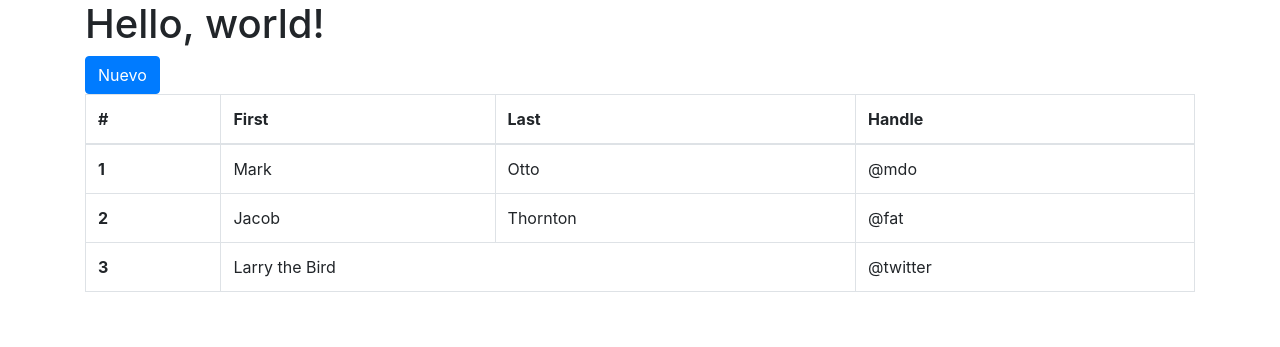
Repository: elrodriguez/uploadfile
Page: http://localhost/thesis
These files come from the project's save history. The page is drawn as it stood at one moment and after the next save; the edit follows.
The browser window is 1280 px wide. The pictures show the whole page.
The page is served by the project's Laravel application, run on PHP 8.4 with Laravel 8. Other server files are loaded and not shown.

Above is the page before, as saved 2021-01-27 08:58:51.

### routes/web.php
<?php

use Illuminate\Support\Facades\Route;

/*
|--------------------------------------------------------------------------
| Web Routes
|--------------------------------------------------------------------------
|
| Here is where you can register web routes for your application. These
| routes are loaded by the RouteServiceProvider within a group which
| contains the "web" middleware group. Now create something great!
|
*/

Route::get('/', function () {
    return view('welcome');
});
Route::get('/thesis', function () {
    return view('thesis');
});

### resources/views/thesis.blade.php
<!doctype html>
<html lang="en">
  <head>
    <!-- Required meta tags -->
    <meta charset="utf-8">
    <meta name="viewport" content="width=device-width, initial-scale=1, shrink-to-fit=no">

    <!-- Bootstrap CSS -->
    <link rel="stylesheet" href="https://cdn.jsdelivr.net/npm/bootstrap@4.5.3/dist/css/bootstrap.min.css" integrity="sha384-TX8t27EcRE3e/ihU7zmQxVncDAy5uIKz4rEkgIXeMed4M0jlfIDPvg6uqKI2xXr2" crossorigin="anonymous">

    <title>Hello, world!</title>
  </head>
  <body>
      <div class="container">
    <h1>Hello, world!</h1>
    <button class="btn btn-primary">Nuevo</button>
    <table class="table table-bordered">
        <thead>
          <tr>
            <th scope="col">#</th>
            <th scope="col">First</th>
            <th scope="col">Last</th>
            <th scope="col">Handle</th>
          </tr>
        </thead>
        <tbody>
          <tr>
            <th scope="row">1</th>
            <td>Mark</td>
            <td>Otto</td>
            <td>@mdo</td>
          </tr>
          <tr>
            <th scope="row">2</th>
            <td>Jacob</td>
            <td>Thornton</td>
            <td>@fat</td>
          </tr>
          <tr>
            <th scope="row">3</th>
            <td colspan="2">Larry the Bird</td>
            <td>@twitter</td>
          </tr>
        </tbody>
      </table>
    </div>
    <!-- Optional JavaScript; choose one of the two! -->

    <!-- Option 1: jQuery and Bootstrap Bundle (includes Popper) -->
    <script src="https://code.jquery.com/jquery-3.5.1.slim.min.js" integrity="sha384-DfXdz2htPH0lsSSs5nCTpuj/zy4C+OGpamoFVy38MVBnE+IbbVYUew+OrCXaRkfj" crossorigin="anonymous"></script>
    <script src="https://cdn.jsdelivr.net/npm/bootstrap@4.5.3/dist/js/bootstrap.bundle.min.js" integrity="sha384-ho+j7jyWK8fNQe+A12Hb8AhRq26LrZ/JpcUGGOn+Y7RsweNrtN/tE3MoK7ZeZDyx" crossorigin="anonymous"></script>

    <!-- Option 2: jQuery, Popper.js, and Bootstrap JS
    <script src="https://code.jquery.com/jquery-3.5.1.slim.min.js" integrity="sha384-DfXdz2htPH0lsSSs5nCTpuj/zy4C+OGpamoFVy38MVBnE+IbbVYUew+OrCXaRkfj" crossorigin="anonymous"></script>
    <script src="https://cdn.jsdelivr.net/npm/popper.js@1.16.1/dist/umd/popper.min.js" integrity="sha384-9/reFTGAW83EW2RDu2S0VKaIzap3H66lZH81PoYlFhbGU+6BZp6G7niu735Sk7lN" crossorigin="anonymous"></script>
    <script src="https://cdn.jsdelivr.net/npm/bootstrap@4.5.3/dist/js/bootstrap.min.js" integrity="sha384-w1Q4orYjBQndcko6MimVbzY0tgp4pWB4lZ7lr30WKz0vr/aWKhXdBNmNb5D92v7s" crossorigin="anonymous"></script>
    -->
  </body>
</html>

After the next save:
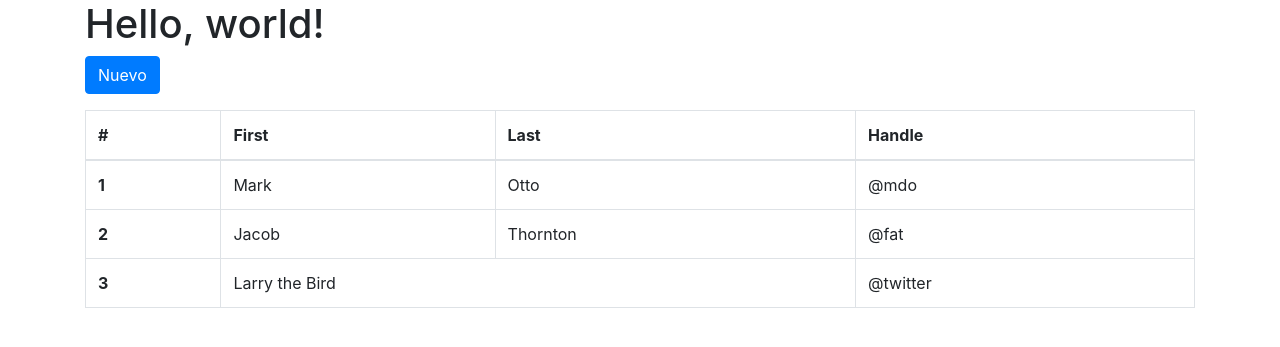
Saved 20 s later.
--- a/resources/views/thesis.blade.php
+++ b/resources/views/thesis.blade.php
@@ -13,7 +13,7 @@
   <body>
       <div class="container">
     <h1>Hello, world!</h1>
-    <button class="btn btn-primary">Nuevo</button>
+    <button class="btn btn-primary mb-3">Nuevo</button>
     <table class="table table-bordered">
         <thead>
           <tr>
